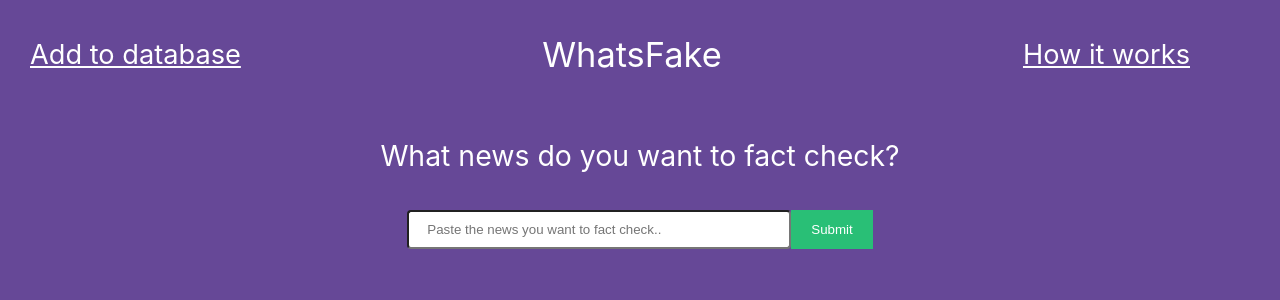
Repository: alkalox/FakeNews
Page: /
These files come from the project's save history. The page is drawn as it stood at one moment and after the next save; the edit follows.
The browser window is 1280 px wide. The pictures show the whole page.
The project was rebuilt for these pictures with package versions that can differ from the ones it lists, and the page was loaded fresh each time.

Above is the page before, as saved 2019-04-23 20:31:44.

### src/App.js
import React, { Component } from 'react';
import { BrowserRouter as Router, Route, Link } from "react-router-dom";
import './App.css';

class App extends Component {
  render () {
    return (
    <Router>
      <div>
        <Route path="/" exact component={Home} />
        <Route path="/howitworks" component={How} />
        <Route path="/addtodatabase" component={Add} />
      </div>
    </Router>)
  }
}

class Home extends Component {
  constructor(props) {
    super(props);
    this.state = {
      value: '',
      str: '',
      result: '',
      isResult: false,
    };

    this.handleChange = this.handleChange.bind(this);
    this.handleSubmit = this.handleSubmit.bind(this);
  }

  handleChange(event) {
    this.setState({value: event.target.value});
  }

  handleSubmit(event) {
    this.setState({str: this.state.value});
    this.getPrediction();
    event.preventDefault();
  }

  getPrediction = async() => {
    const response = await fetch('http://127.0.0.1:5000/string?stringname=' + this.state.value)
    const convert = await response.json()
    this.setState({result:convert})
    this.setState({isResult:true})
  }


  render() {
    return (
      <div className="App">
          <header className="App-header">
            <p className = "left">
              <Link to="/addtodatabase" style={{color: 'white', textDecoration: 'underline'}}>Add to database</Link>
            </p>
            <p>
              WhatsFake
            </p>
            <p className = "right">
              <Link to="/howitworks" style={{color: 'white', textDecoration: 'underline'}}>How it works</Link>
            </p>
          </header>
          <p className ="text">
            What news do you want to fact check?
          </p>
          <div className="Form">
            <form onSubmit={this.handleSubmit}>
              <label>
                <input
                  type="text"
                  value={this.state.value}
                  onChange={this.handleChange}
                  placeholder = "Paste the news you want to fact check.."
                  className ="input" />
              </label>
              <input type="submit" value="Submit" className ="submit" />
            </form>
          </div>
          {this.state.isResult ? (<div className = "result">
            <p> The entered news {this.state.value} is {this.state.result}</p>
            </div>) : ( <p></p>)}
      </div>
    );
  }
}

class How extends Component {
  render () {
    return (
      <div className="App">
        <p className = "right">
          <Link to="/" style={{color: 'white', textDecoration: 'underline'}}>Back</Link>
        </p>
        <p className ="textbox">
        Scikit-learn (formerly scikits.learn) is a free software machine learning library for the Python programming language.[3] It features various classification, regression and clustering algorithms including support vector machines, random forests, gradient boosting, k-means and DBSCAN, and is designed to interoperate with the Python numerical and scientific libraries NumPy and SciPy.
        </p>
      </div>
    )
  }
}

class Add extends Component {
  render () {
    return (
      <div className="App">
          <header className="App-header">
            <p>
              <Link to="/" style={{color: 'white', textDecoration: 'underline'}}>Back</Link>
            </p>
          </header>
          <p className ="text">
            Add to our database
          </p>
          <div className="Form">
            <form onSubmit={this.handleSubmit}>
              <label>
                <input
                  type="text"
                  value="yo"
                  onChange="yo"
                  placeholder = "Paste the news to grow our database"
                  className ="input" />
              </label>
              <input type="submit" value="Submit" className ="submit" />
            </form>
            <p className = "text2">
              Submit a news article, that will be added to our database, so that our algorithm keeps providing updated results.
            </p>
          </div>
      </div>
    )
  }
}

export default App;

### src/App.css
.App {
  text-align: center;
  background-color: #664897;
  min-height: 100vh;
}

.App-header {
  display: flex;
  flex-direction: row;
  align-items: center;
  justify-content: space-between;
  font-size: calc(20px + 2vmin);
  color: white;
}

.left {
  color: white;
  padding-left: 30px;
  font-size: calc(20px + 1vmin);
}
.right {
  padding-right: 90px;
  font-size: calc(20px + 1vmin);
}
.input {
  width: 30%;
  padding: 10px 18px;
  margin: 8px 0;
  box-sizing: border-box;
  border-radius: 4px;
}

.submit {
  background-color: rgba(36, 202, 116, 0.918);
  border: none;
  color: white;
  padding: 12px 20px;
  text-decoration: none;
  margin: 8px 0px;
  cursor: pointer;
}

.text {
  display: flex;
  flex-direction: column;
  align-items: center;
  justify-content: center;
  font-size: calc(14px + 2vmin);
  color: white;
}

.result {
  display: flex;
  flex-direction: column;
  align-items: center;
  justify-content: center;
  font-size: calc(14px + 2vmin);
  color: white;
}

.textbox {
  display: flex;
  flex-direction: center;
  align-items: center;
  justify-content: flex-start;
  font-size: calc(10px + 2vmin);
  color: white;
  padding: 100px;
}

Loaded but not shown: public/index.html (common file); src/index.js (common file); src/index.css (common file); src/serviceWorker.js (common file)

After the next save:
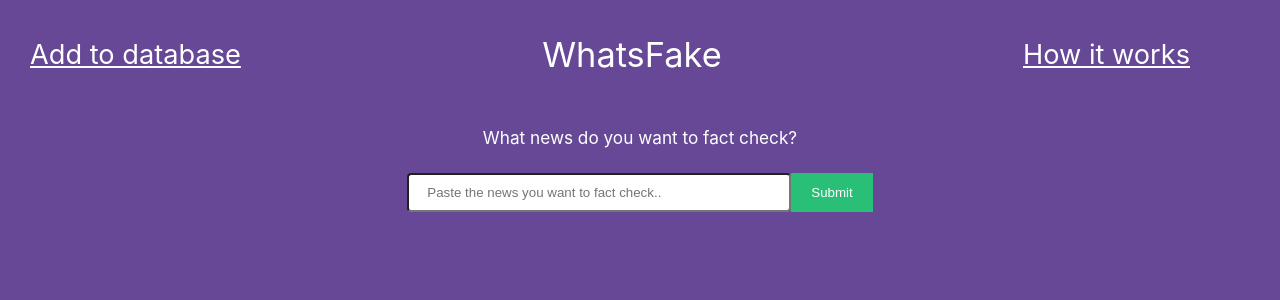
Saved 17 s later.
--- a/src/App.css
+++ b/src/App.css
@@ -67,3 +67,12 @@
   color: white;
   padding: 100px;
 }
+
+.text {
+  display: flex;
+  flex-direction: column;
+  align-items: center;
+  justify-content: center;
+  font-size: calc(10px + 1vmin);
+  color: white;
+}

After the save that followed:
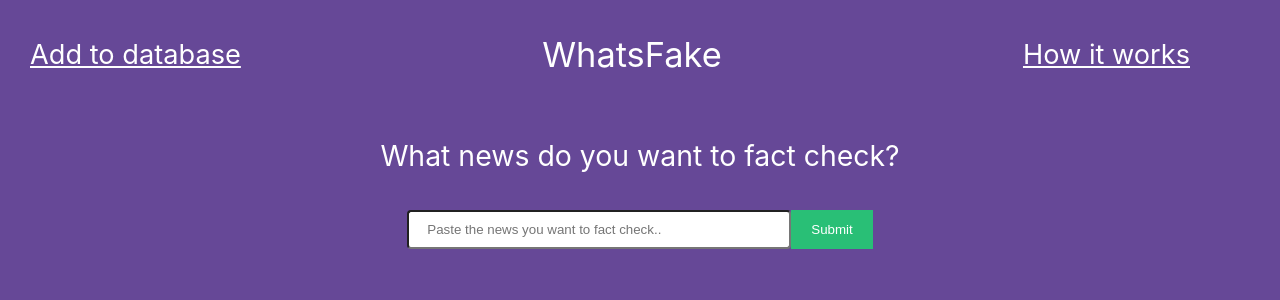
Saved 12 s later.
--- a/src/App.css
+++ b/src/App.css
@@ -68,7 +68,7 @@
   padding: 100px;
 }
 
-.text {
+.text2 {
   display: flex;
   flex-direction: column;
   align-items: center;
